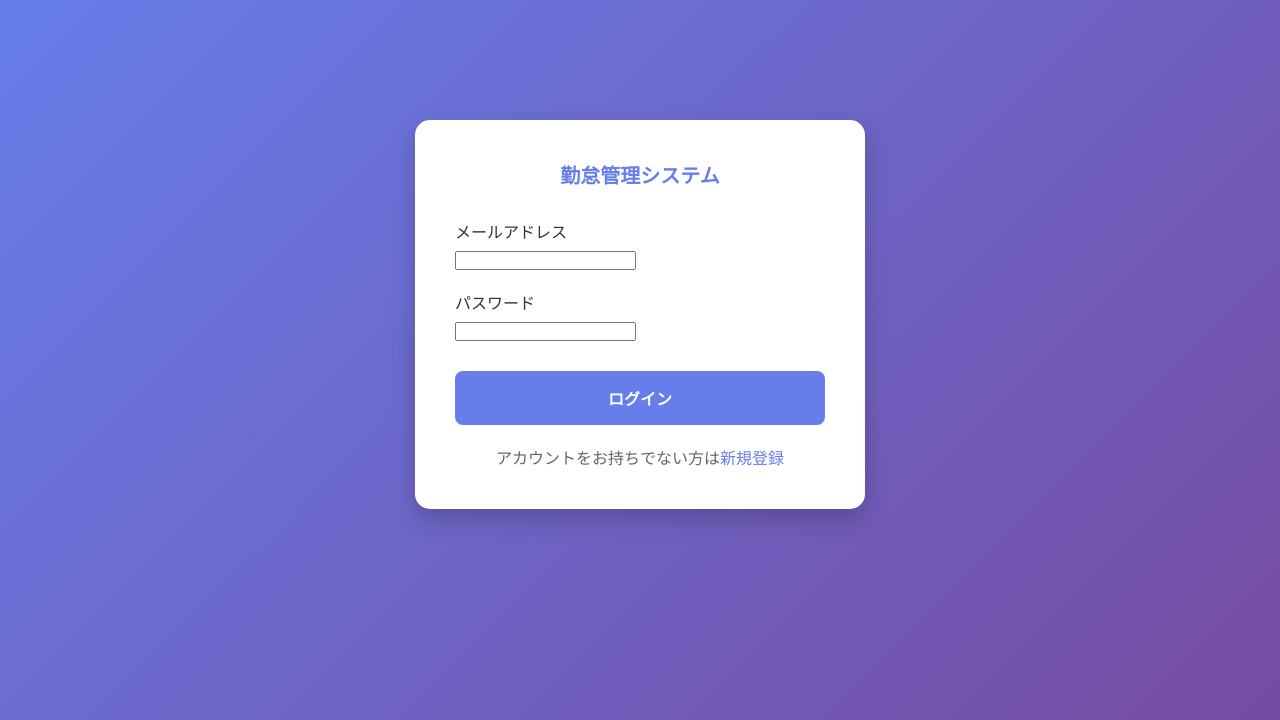
Repository: 04bit/WEB_HCJ
Page: index.html
These files come from the project's save history. The page is drawn as it stood at one moment and after the next save; the edit follows.
The browser window is 1280 px wide. The pictures show the whole page.

Above is the page before, as saved 2025-11-25 16:31:45.

### index.html
<!DOCTYPE html>
<html lang="ja">

<head>
    <meta charset="UTF-8">
    <meta name="viewport" content="width=device-width, initial-scale=1.0">
    <title>勤怠管理システム</title>
    <link rel="stylesheet" href="style.css">
</head>

<body>
    <!-- ログイン画面 -->
    <div id="loginScreen" class="auth-container">
        <h1>勤怠管理システム</h1>
        <div id="loginError" class="error-message"></div>
        <form id="loginForm">
            <div class="form-group">
                <label>メールアドレス</label>
                <input type="email" id="loginEmail" title="loginEmail" required>
            </div>
            <div class="form-group">
                <label>パスワード</label>
                <input type="password" id="loginPassword" title="loginPassword" required>
            </div>
            <button type="submit" class="btn btn-primary">ログイン</button>
        </form>
        <div class="switch-form">
            アカウントをお持ちでない方は<a id="showRegister">新規登録</a>
        </div>
    </div>

    <div id="registerScreen" class="auth-container hidden">
        <h1>新規登録</h1>
        <div id="registerError" class="error-message"></div>
        <div id="registerSuccess" class="success-message"></div>
        <form id="registerForm">
            <div class="form-group">
                <label>氏名</label>
                <input type="text" id="registerName" title="registerName" required>
            </div>
            <div class="form-group">
                <label>メールアドレス</label>
                <input type="email" id="registerEmail" title="registerEmail" required>
            </div>
            <div class="form-group">
                <label>パスワード</label>
                <input type="password" id="registerPassword" title="registerPassword" required minlength="6">
            </div>
            <div class="form-group">
                <label>パスワード（確認）</label>
                <input type="password" id="registerPasswordConfirm" title="registerPasswordConfirm" required>
            </div>
            <button type="submit" class="btn btn-primary">登録</button>
        </form>
        <div class="switch-form">
            すでにアカウントをお持ちの方は<a id="showLogin">ログイン</a>
        </div>
    </div>
</body>

</html>

### style.css
@charset "UTF-8";

* {
    margin: 0;
    padding: 0;
    box-sizing: border-box;
}

body {
    font-family: 'Segoe UI' sans-serif;
    background: linear-gradient(135deg, #667eea 0%, #764ba2 100%);
    min-height: 100vh;
    padding: 20px;
}

.auth-container {
    max-width: 450px;
    margin: 100px auto;
    background: white;
    padding: 40px;
    border-radius: 15px;
    box-shadow: 0 10px 25px rgba(0,0,0,0.2);
}

.auth-container h1 {
    color: #667eea;
    text-align: center;
    margin-bottom: 30px;
    font-size: 20px;
}

.form-group {
    margin-bottom: 20px;
}

.form-group label {
    display: block;
    margin-bottom: 8px;
    color: #333;
    font-weight: 500;
}

.btn {
    width: 100%;
    padding: 15px;
    border: none;
    border-radius: 8px;
    font-size: 16px;
    font-weight: bold;
    cursor: pointer;
    transition: all 0.3s;
    margin-top: 10px;
}

.btn-primary {
    background: #667eea;
    color: white;
}

.btn-primary:hover {
    background: #5568d3;
    transform: translateY(-2px);
}

.switch-form {
    text-align: center;
    margin-top: 20px;
    color: #666;
}

.switch-form a {
    color: #667eea;
    cursor: pointer;
    text-decoration: none;
}

.hidden {
    display: none !important;
}

After the next save:
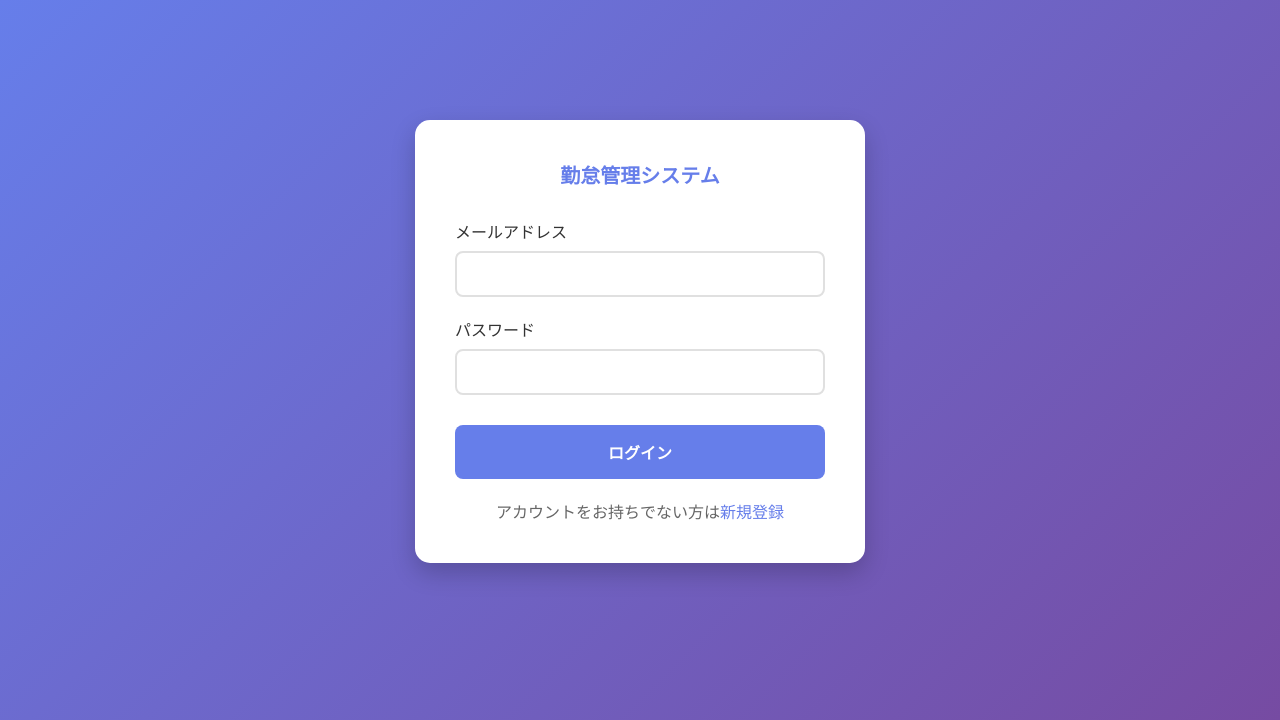
Saved 2 min 47 s later.
--- a/style.css
+++ b/style.css
@@ -40,6 +40,20 @@ body {
     font-weight: 500;
 }
 
+.form-group input {
+    width: 100%;
+    padding: 12px 15px;
+    border: 2px solid #e0e0e0;
+    border-radius: 8px;
+    font-size: 16px;
+    transition: border 0.3s;
+}
+
+.form-group input:focus {
+    outline: none;
+    border-color: #667eea;
+}
+
 .btn {
     width: 100%;
     padding: 15px;
